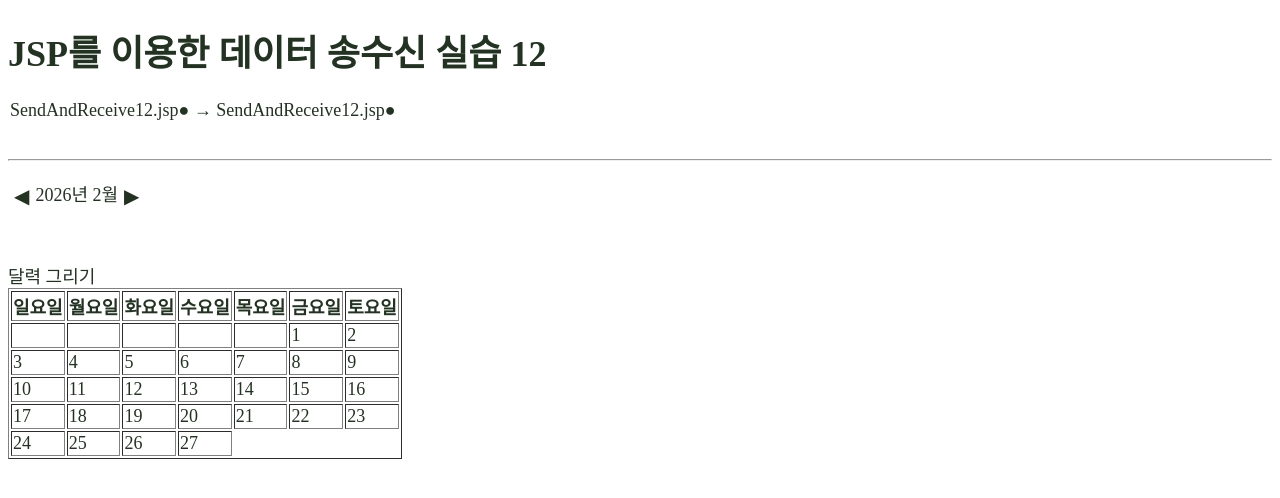
Repository: god5228god/Jsp
Page: http://localhost/WebApp06/SendAndReceive12.jsp
The author's editor kept a copy of each file at every save. The page is drawn from the files as they stood at one save, then again after the next save.
The browser window is 1280 px wide. The pictures show the whole page.
The page is served by Tomcat 9.

Above is the page before, as saved 2026-03-04 06:45:01.

### WebApp06/WebContent/SendAndReceive12.jsp
<%@page import="java.util.Calendar"%>
<%@ page contentType="text/html; charset=UTF-8"%>
<%
	String sYear = request.getParameter("year");
	String sMonth = request.getParameter("month");

	Calendar cal = Calendar.getInstance();

	int nowYear = cal.get(Calendar.YEAR);
	int nowMonth = cal.get(Calendar.MONTH)+1;
	int nowDay = cal.get(Calendar.DAY_OF_WEEK);
	int nowDate = cal.get(Calendar.DATE);

	int selectYear = (sYear == null) ? nowYear : Integer.parseInt(sYear);
    int selectMonth = (sMonth == null) ? nowMonth : Integer.parseInt(sMonth);


	String[] weekNames = {"일요일", "월요일", "화요일", "수요일", "목요일", "금요일", "토요일"};
	int lastDay = cal.get(Calendar.DAY_OF_MONTH);

	// 달력 그리기
	String calStr ="";

	calStr += "<table border='1'>";
	calStr += "<tr>";
	for(int i = 0; i<weekNames.length; i++){
		calStr += "<th>" + weekNames[i] +"</th>";
	}
	calStr += "</tr><tr>";
	for(int i = 1 ; i<nowDay;i++)
		calStr +="<td></td>";

	int week = nowDate;
	for(int i = 1; i<=lastDay; i++, week++)
	{
		calStr += "<td>"+ i + "</td>";
		if(week%7==0){
			calStr += "</tr><tr>";
		}
	}
	calStr += "</tr>";
	calStr += "</table>";


%>
<!DOCTYPE html>
<html>
<head>
<meta charset="UTF-8">
<title>SendAndReceive12.jsp</title>
<link rel="stylesheet" type="text/css" href="css/main.css" />
<style type="text/css">
form{height: 50px;  width: 200px;}
form>*{float: left; line-height: 50px;}
p{background-color: #fff; display:inline-block; height: 50px; margin: 0 2px;}
button{background-color: #fff; border:none; font-size: 20px; cursor: pointer;}
</style>
<script type="text/javascript">

	let yearStr = document.getElementById("year");
	let monthStr = document.getElementById("month");

	function prev(){

		//alert(year.innerText+"/"+month.innerText);

		for(let i = 1; i<=12; i++)
		{

		}




	}


	function next(){


	}


	function formChange(obj)
	{
		obj.submit();
	}
</script>
</head>
<body>
<div>
	<h1>JSP를 이용한 데이터 송수신 실습 12</h1>
	<p>SendAndReceive12.jsp● → SendAndReceive12.jsp●</p>
	<hr />
</div>
<!--
	○ 데이터 송수신 실습

		- 사용자가 선택한 연도와 월에 대해 달력을 구성하는 JSP 페이지를 구성한다.
		- 단, submit 버튼 없이 이벤트 처리를 할 수 있도록 하낟.
		- 전송한 내용을 자신 페이지로 수신하여 출력해주는 형태의 단독 페이지로 구성한다.

		페이지 레이아웃
		-------------------------------------------------------

		       ◀ 2026년 3월 ▶
		  ----------------------------
		  ---- 해당 년 월의 달력 -----
		  ----------------------------
		  ----------------------------
		-------------------------------------------------------

		- ◀▶ 클릭 시 해당 년 월의 달력을 출력해주는 형태의 페이지로 구성한다.
		- 사용자 최초 요청 주소
	      http://localhost:3306/WebApp06/SendAndReceive12.jsp

	   - 물리적 파일 구성
	     ·SendAndReceive12.jsp

 -->
<div>
	<form method="post">
		<button class="prev" onchange="formChange(this.form)" onclick="prev()">◀</button>
		<div class="dateWrap">
			<input type="hidden" id="year"><%= selectYear %>년
			<input type="hidden" id="month"><%= selectMonth %>월
		</div>
		<button class="next" onchange="formChange(this.form)" onclick="next()">▶</button>
	</form>
</div>
<br><br>
<div>
달력 그리기
<%= calStr %>
</div>
</body>
</html>

### WebApp06/WebContent/css/main.css
@charset "UTF-8";

*
{
	color: #223322;
	font-family: 나눔고딕코딩;
}

body, p, div, span, input, table, th, td, select
{
	font-size: 18px;
}

.control
{
	border: 1px solid gray;
	border-radius: 3px ;
}

.table
{
	border-collapse: collapse;
	width: 100%;
}

.table th, .table td
{
	border: 1px solid gray;
	border-left: 0;
	border-right: 0;
	padding: 3px;
	line-height: 150%;
}

.table th
{
	font-weight: bold;
	background-color: #eee;
}

.btn
{
	font-weight: bold;
	font-family: 맑은 고딕;

}

.btn:hover
{
	color: #fff;
	background-color: #778877;
}
input[type="text"]:focus
{
	background-color: #dcfccf;
}

After the next save:
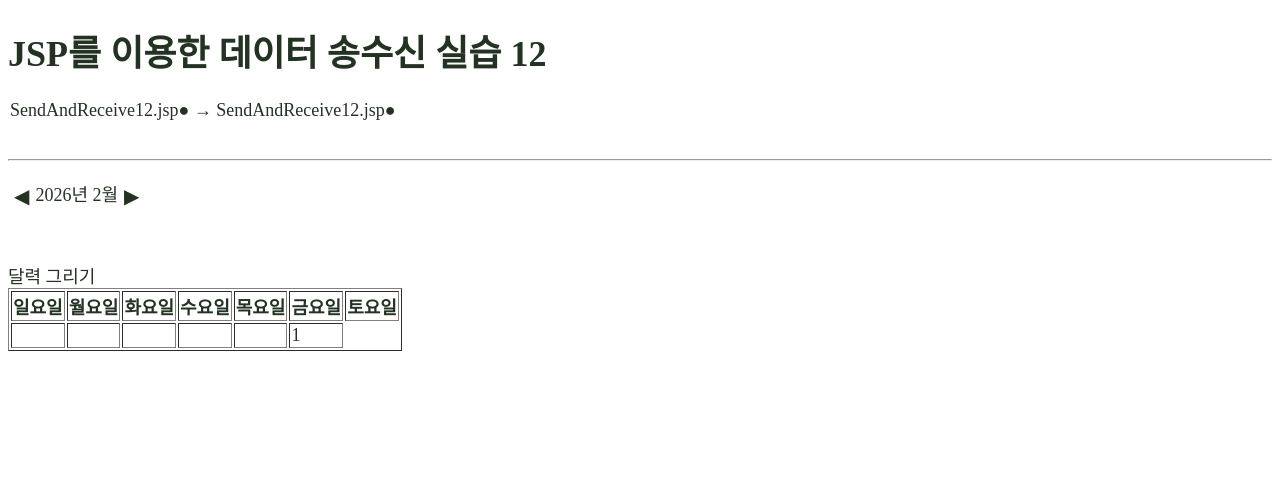
Saved 7 s later.
--- a/WebApp06/WebContent/SendAndReceive12.jsp
+++ b/WebApp06/WebContent/SendAndReceive12.jsp
@@ -14,6 +14,7 @@
 	int selectYear = (sYear == null) ? nowYear : Integer.parseInt(sYear);
     int selectMonth = (sMonth == null) ? nowMonth : Integer.parseInt(sMonth);
 
+    cal.set(selectYear, selectMonth - 1, 1);
 
 	String[] weekNames = {"일요일", "월요일", "화요일", "수요일", "목요일", "금요일", "토요일"};
 	int lastDay = cal.get(Calendar.DAY_OF_MONTH);

After the 2 saves that followed:
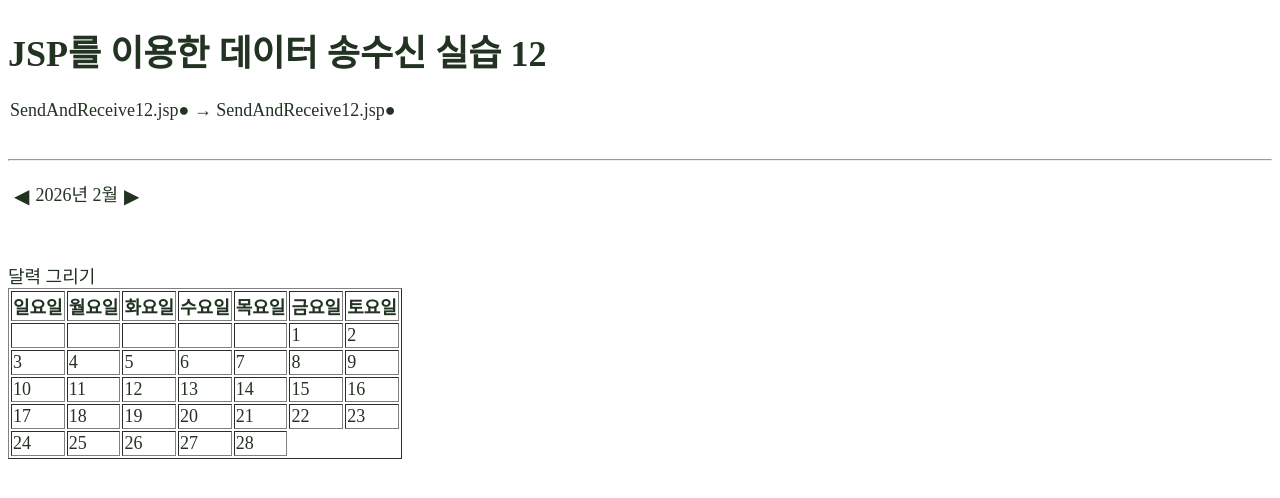
The 2 saves are shown as one change because they came seconds apart.
The last was saved 24 s later.
--- a/WebApp06/WebContent/SendAndReceive12.jsp
+++ b/WebApp06/WebContent/SendAndReceive12.jsp
@@ -17,7 +17,8 @@
     cal.set(selectYear, selectMonth - 1, 1);
 
 	String[] weekNames = {"일요일", "월요일", "화요일", "수요일", "목요일", "금요일", "토요일"};
-	int lastDay = cal.get(Calendar.DAY_OF_MONTH);
+	int startDay = cal.get(Calendar.DAY_OF_WEEK);     // 1일의 요일 (1:일 ~ 7:토)
+    int lastDay = cal.getActualMaximum(Calendar.DATE); // 해당 월의 마지막 날짜
 
 	// 달력 그리기
 	String calStr ="";
